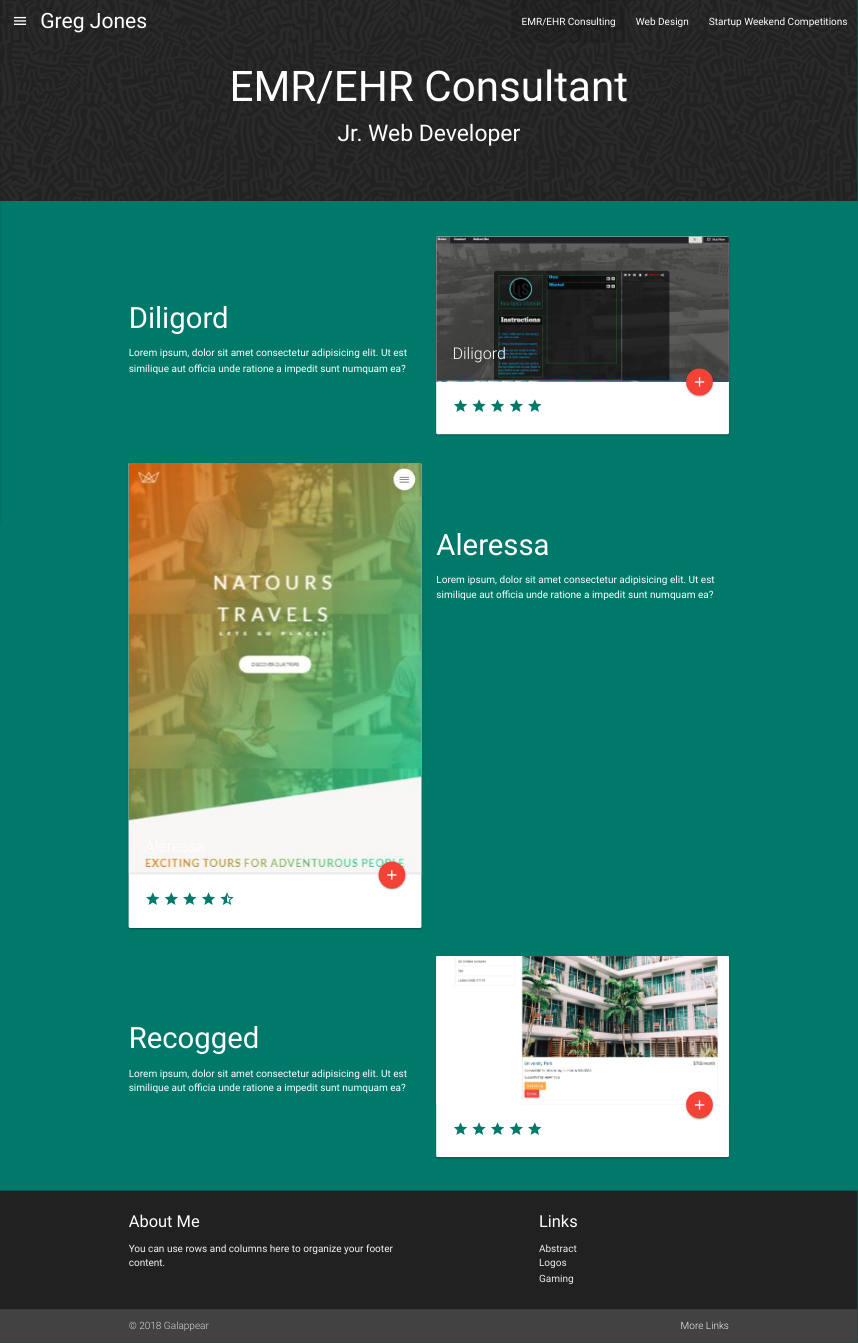
Repository: Greg919617/Existing-Portfolio
Page: index.html
An editor plug-in stored every save of this project. The page is shown before and after the next save, followed by the edit.
The browser window is 1280 px wide. The pictures show the whole page, at 67% of full size.
Some web libraries are served in a nearby version.

Above is the page before, as saved 2018-06-26 16:23:28.

### index.html
<!DOCTYPE html>
<html>

<head>
  <!--Import Google Icon Font-->
  <link href="https://fonts.googleapis.com/icon?family=Material+Icons" rel="stylesheet">
  <!--Import materialize.css-->
  <link type="text/css" rel="stylesheet" href="css/materialize.min.css" media="screen,projection" />
  <link type="text/css" rel="stylesheet" href="css/main.css" />

  <!--Let browser know website is optimized for mobile-->
  <meta name="viewport" content="width=device-width, initial-scale=1.0" />
  <title>Galappear</title>
</head>

<body>
  <!-- Header -->
  <header class="main-header">
    <nav class="transparent nav-wrapper z-depth-0">
      <div class="nav-wrapper">
        <a href="#" data-activates="mobile-nav" class="button-collapse show-on-large">
          <i class="material-icons">menu</i>
        </a>
        <a href="index.html" class="brand-logo">Greg Jones</a>
        <ul class="right hide-on-med-and-down">
          <li class="active">
            <a href="index.html">EMR/EHR Consulting</a>
          </li>
          <li>
            <a href="web-design.html">Web Design</a>
          </li>
          <li>
            <a href="sw.html">Startup Weekend Competitions</a>
          </li>
        </ul>
      </div>
      <ul class="side-nav" id="mobile-nav">
        <li>
          <a href="index.html">EMR/EHR Consulting</a>
        </li>
        <li>
          <a href="web-design.html">Web Design</a>
        </li>
        <li>
          <a href="sw.html">Startup Weekend Competitions</a>
        </li>
      </ul>
    </nav>
    <h1 class="center">EMR/EHR Consultant</h1>
    <h4 class="center">Jr. Web Developer</h4>
  </header>

  <!-- Section: Main -->
  <section class="section section-main">
    <div class="container">
      <!-- Row 1 -->
      <div class="row row-1">
        <div class="col m6 hide-on-small-only">
          <div class="img-content">
            <h3>Diligord</h3>
            Lorem ipsum, dolor sit amet consectetur adipisicing elit. Ut est similique aut officia unde ratione a impedit sunt numquam
            ea?
          </div>
        </div>
        <div class="col m6">
          <div class="card">
            <div class="card-image">
              <img src="img/gallery/kleehomepage.jpg" alt="">
              <span class="card-title">Diligord</span>
              <a href="#abstract1" class="btn-floating halfway-fab waves-effect waves-light red modal-trigger">
                <i class="material-icons">add</i>
              </a>
            </div>
            <div class="card-content">
              <p>
                <i class="material-icons">star</i>
                <i class="material-icons">star</i>
                <i class="material-icons">star</i>
                <i class="material-icons">star</i>
                <i class="material-icons">star</i>
              </p>
            </div>
          </div>
        </div>
      </div>

      <!-- Row 2 -->
      <div class="row row-2">
        <div class="col m6">
          <div class="card">
            <div class="card-image">
              <img src="img/gallery/natoursheaderfinal.jpg" alt="">
              <span class="card-title">Aleressa</span>
              <a href="#abstract2" class="btn-floating halfway-fab waves-effect waves-light red modal-trigger">
                <i class="material-icons">add</i>
              </a>
            </div>
            <div class="card-content">
              <p>
                <i class="material-icons">star</i>
                <i class="material-icons">star</i>
                <i class="material-icons">star</i>
                <i class="material-icons">star</i>
                <i class="material-icons">star_half</i>
              </p>
            </div>
          </div>
        </div>
        <div class="col m6 hide-on-small-only">
          <div class="img-content">
            <h3>Aleressa</h3>
            Lorem ipsum, dolor sit amet consectetur adipisicing elit. Ut est similique aut officia unde ratione a impedit sunt numquam
            ea?
          </div>
        </div>
      </div>

      <!-- Row 3 -->
      <div class="row row-3">
        <div class="col m6 hide-on-small-only">
          <div class="img-content">
            <h3>Recogged</h3>
            Lorem ipsum, dolor sit amet consectetur adipisicing elit. Ut est similique aut officia unde ratione a impedit sunt numquam
            ea?
          </div>
        </div>
        <div class="col m6">
          <div class="card">
            <div class="card-image">
              <img src="img/gallery/apartment.jpg" alt="">
              <span class="card-title">Recogged</span>
              <a href="#abstract3" class="btn-floating halfway-fab waves-effect waves-light red modal-trigger">
                <i class="material-icons">add</i>
              </a>
            </div>
            <div class="card-content">
              <p>
                <i class="material-icons">star</i>
                <i class="material-icons">star</i>
                <i class="material-icons">star</i>
                <i class="material-icons">star</i>
                <i class="material-icons">star</i>
              </p>
            </div>
          </div>
        </div>
      </div>
    </div>
  </section>

  <!-- Footer -->
  <footer class="page-footer">
    <div class="container">
      <div class="row">
        <div class="col l6 s12">
          <h5 class="white-text">About Me</h5>
          <p class="grey-text text-lighten-4">You can use rows and columns here to organize your footer content.</p>
        </div>
        <div class="col l4 offset-l2 s12">
          <h5 class="white-text">Links</h5>
          <ul>
            <li>
              <a class="grey-text text-lighten-3" href="index.html">Abstract</a>
            </li>
            <li>
              <a class="grey-text text-lighten-3" href="logos.html">Logos</a>
            </li>
            <li>
              <a class="grey-text text-lighten-3" href="gaming.html">Gaming</a>
            </li>

          </ul>
        </div>
      </div>
    </div>
    <div class="footer-copyright">
      <div class="container">
        © 2018 Galappear
        <a class="grey-text text-lighten-4 right" href="#!">More Links</a>
      </div>
    </div>
  </footer>

  <!-- Modal 1 -->
  <div id="abstract1" class="modal">
    <div class="modal-content">
      <h4>Diligord</h4>
      <img src="img/gallery/abstract1.jpg" alt="" class="responsive-img"> Lorem ipsum dolor sit amet consectetur adipisicing elit. Ipsum deleniti animi laboriosam, quisquam minus recusandae
      saepe delectus maxime a reiciendis!
    </div>
    <div class="modal-footer">
      <p>
        <i class="material-icons">star</i>
        <i class="material-icons">star</i>
        <i class="material-icons">star</i>
        <i class="material-icons">star</i>
        <i class="material-icons">star</i>
      </p>
    </div>
  </div>

  <!-- Modal 2 -->
  <div id="abstract2" class="modal">
    <div class="modal-content">
      <h4>Aleressa</h4>
      <img src="img/gallery/abstract2.jpg" alt="" class="responsive-img"> Lorem ipsum dolor sit amet consectetur adipisicing elit. Ipsum deleniti animi laboriosam, quisquam minus recusandae
      saepe delectus maxime a reiciendis!
    </div>
    <div class="modal-footer">
      <p>
        <i class="material-icons">star</i>
        <i class="material-icons">star</i>
        <i class="material-icons">star</i>
        <i class="material-icons">star</i>
        <i class="material-icons">star_half</i>
      </p>
    </div>
  </div>

  <!-- Modal 3 -->
  <div id="abstract3" class="modal">
    <div class="modal-content">
      <h4>Recogged</h4>
      <img src="img/gallery/abstract3.jpg" alt="" class="responsive-img"> Lorem ipsum dolor sit amet consectetur adipisicing elit. Ipsum deleniti animi laboriosam, quisquam minus recusandae
      saepe delectus maxime a reiciendis!
    </div>
    <div class="modal-footer">
      <p>
        <i class="material-icons">star</i>
        <i class="material-icons">star</i>
        <i class="material-icons">star</i>
        <i class="material-icons">star</i>
        <i class="material-icons">star</i>
      </p>
    </div>
  </div>

  <!--Import jQuery before materialize.js-->
  <script type="text/javascript" src="https://code.jquery.com/jquery-3.2.1.min.js"></script>
  <script type="text/javascript" src="js/materialize.min.js"></script>
  <script>
    $(document).ready(function () {
      // Init Sidenav
      $('.button-collapse').sideNav();

      // Init Modal
      $('.modal').modal();

      // Scrollfire
      const options = [
        {
          selector: '.row-1', offset: 50, callback: function (el) {
            Materialize.fadeInImage($(el));
          }
        },
        {
          selector: '.row-2', offset: 300, callback: function (el) {
            Materialize.fadeInImage($(el));
          }
        },
        {
          selector: '.row-3', offset: 400, callback: function (el) {
            Materialize.fadeInImage($(el));
          }
        }
      ];

      Materialize.scrollFire(options);

    });
  </script>
</body>

</html>

Loaded but not shown: css/materialize.min.css (library); css/main.css (library); js/materialize.min.js (library)

After the next save:
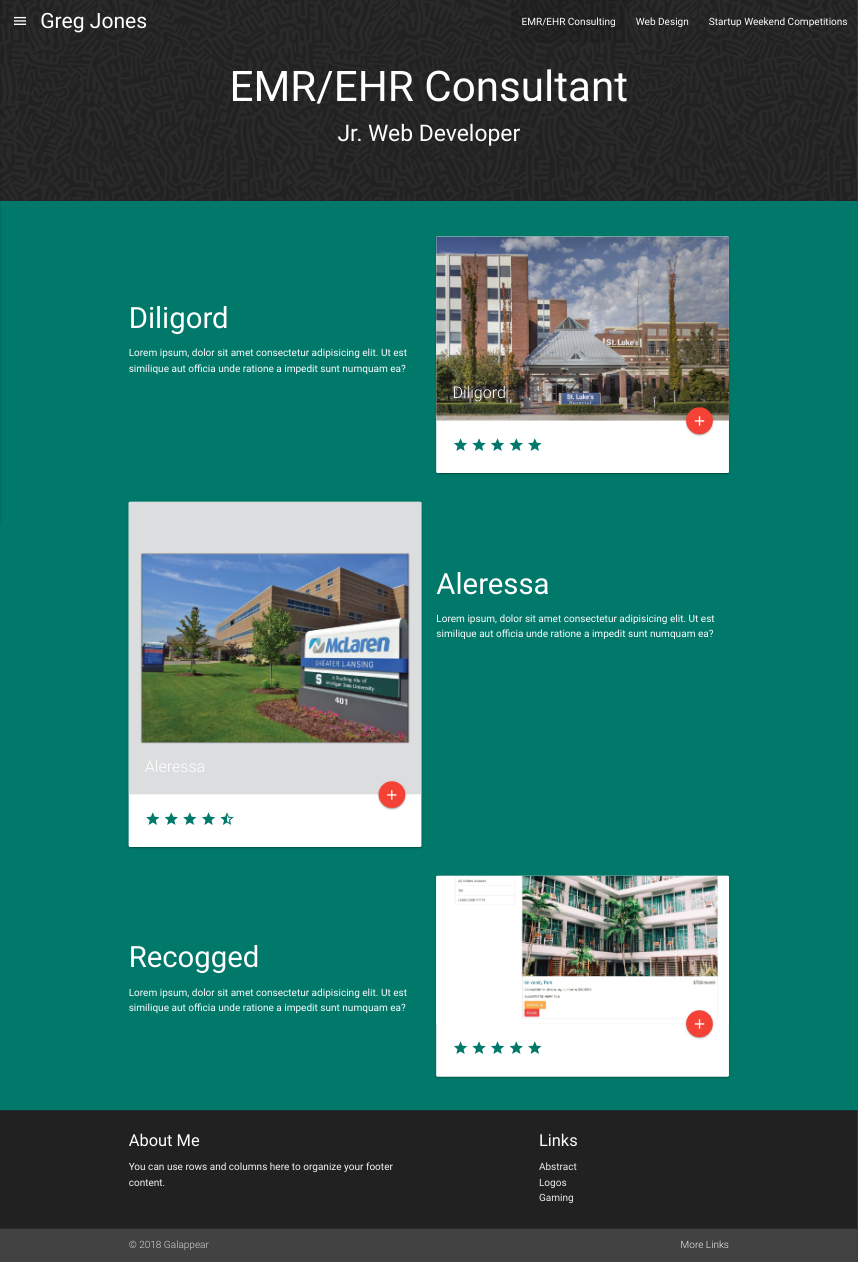
Saved 56 s later.
--- a/index.html
+++ b/index.html
@@ -65,7 +65,7 @@
         <div class="col m6">
           <div class="card">
             <div class="card-image">
-              <img src="img/gallery/kleehomepage.jpg" alt="">
+              <img src="img/gallery/st-lukes.jpg" alt="">
               <span class="card-title">Diligord</span>
               <a href="#abstract1" class="btn-floating halfway-fab waves-effect waves-light red modal-trigger">
                 <i class="material-icons">add</i>
@@ -89,7 +89,7 @@
         <div class="col m6">
           <div class="card">
             <div class="card-image">
-              <img src="img/gallery/natoursheaderfinal.jpg" alt="">
+              <img src="img/gallery/mclaren.jpg" alt="">
               <span class="card-title">Aleressa</span>
               <a href="#abstract2" class="btn-floating halfway-fab waves-effect waves-light red modal-trigger">
                 <i class="material-icons">add</i>
